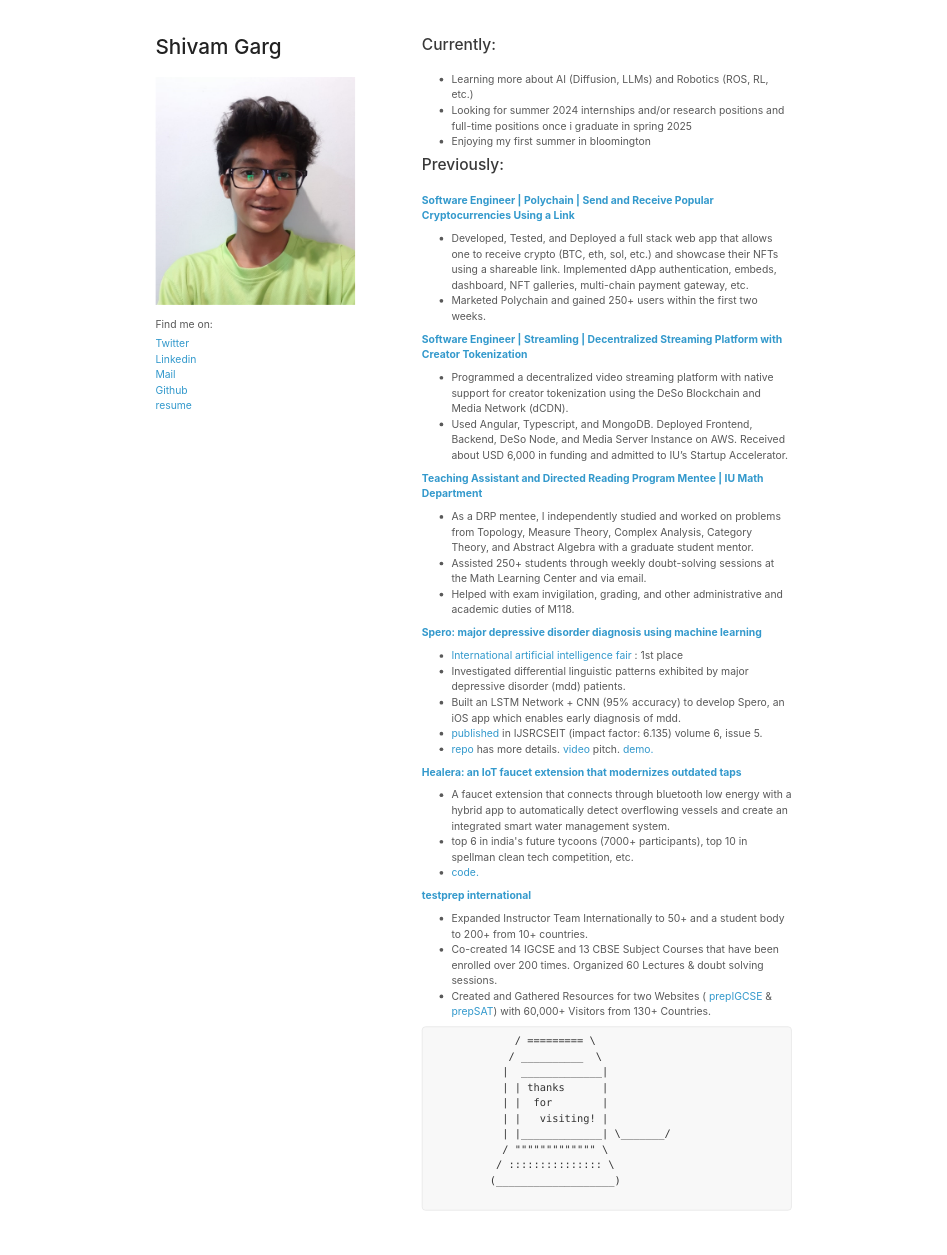
Repository: 22shivam/22shivam.github.io
Page: index.html
An editor plug-in stored every save of this project. The page is shown before and after the next save, followed by the edit.
The browser window is 1280 px wide. The pictures show the whole page, at 74% of full size.

Above is the page before, as saved 2024-06-17 19:21:03.

After the next save:
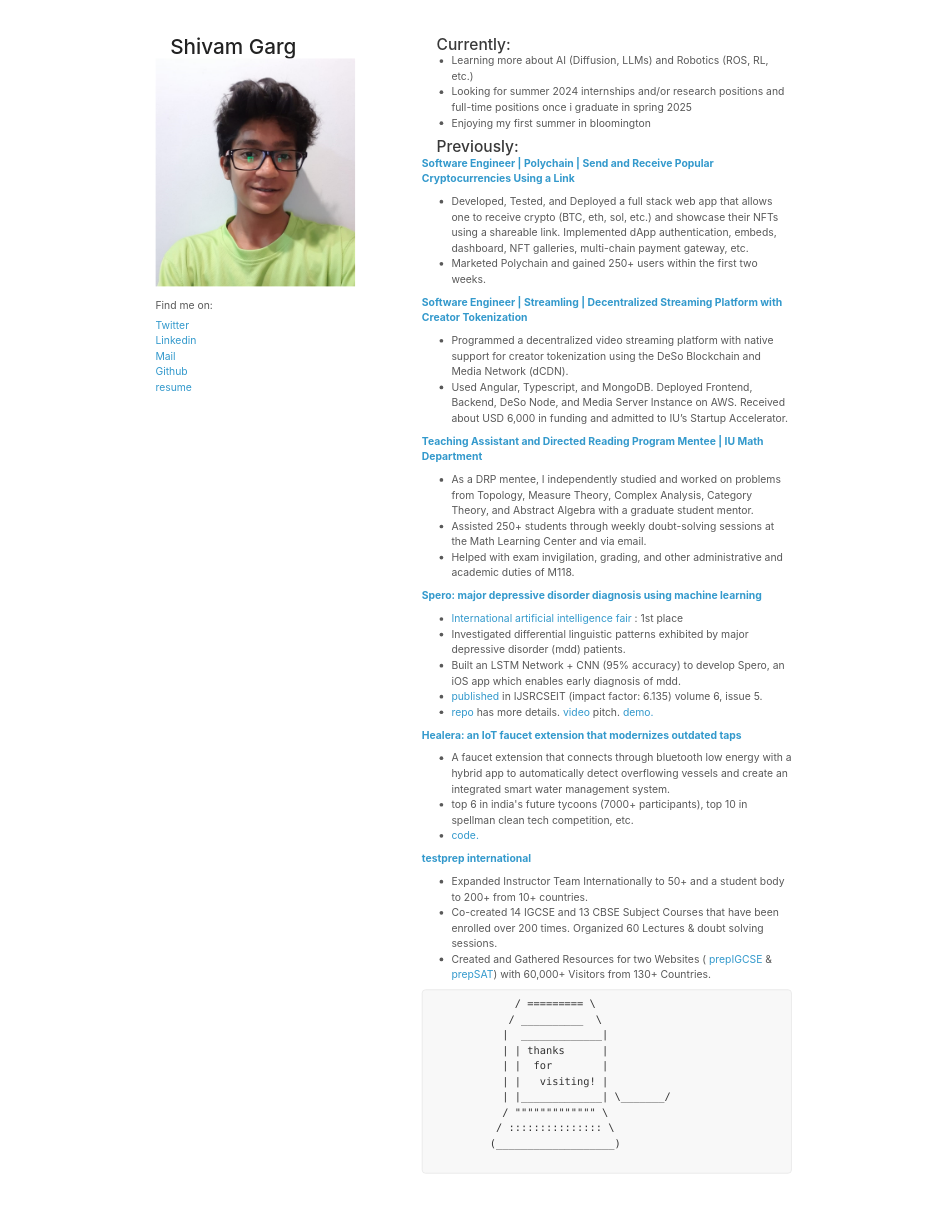
Saved 8 s later.
--- a/css/styles.css
+++ b/css/styles.css
@@ -8,7 +8,7 @@ body {
 
 h1, h2, h3, h4, h5, h6 {
   color:#222;
-  margin:0 0 25px;
+  margin:0 20px;
 }
 
 p, ul, ol, table, pre, dl {
